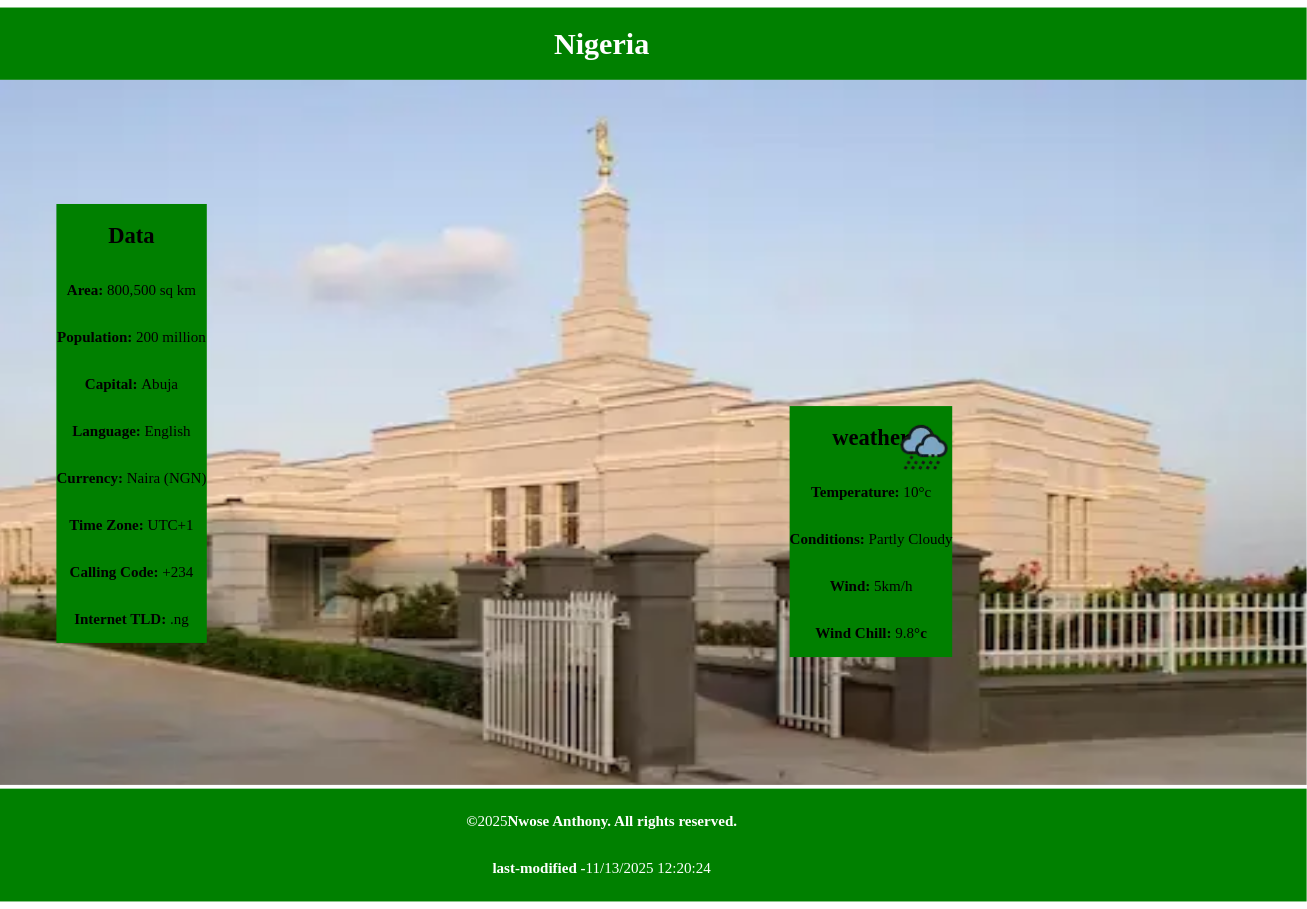
Repository: NoblesNigeria/wdd131
Page: place.html
These files come from the project's save history. The page is drawn as it stood at one moment and after the next save; the edit follows.
The browser window is 1280 px wide. The page is 1390 px wide, so the pictures cover 1390 px, including what lies to the right of the window. The pictures show the whole page, at 94% of full size.

Above is the page before, as saved 2025-11-13 14:25:48.

### place.html
<!DOCTYPE html>
<html lang="en">
<head>
    <meta charset="UTF-8">
    <meta name="viewport" content="width=device-width, initial-scale=1.0">
    <meta name="description" content="This page is showing the weather conditions of the temple area in Nigeria.">
    <meta name="author" content="Nwose Anthony">
    <title>country page</title>
    <link rel="stylesheet" href="styles/place.css">
    <link rel="stylesheet" href="styles/place-large.css" >
    <script src="scripts/place.js" defer></script>
    <link rel="preconnect" href="https://fonts.googleapis.com">
    <link rel="preconnect" href="https://fonts.gstatic.com" crossorigin>
    <link href="https://fonts.googleapis.com/css2?family=Roboto:wght@400;700&display=swap" rel="stylesheet">
</head>
<body>
    <header>
         <h1>Nigeria</h1>
    </header>
    <main>
        <div>
            <picture class="hero">
                <source srcset="images/hero-large.webp" media="min-width: 1000px">
                <source srcset="images/hero-medium.webp" media="min-width: 550px">
                <img src="images/hero-small.webp" alt="Aba Nigeria Temple" width="1500" height="750">
            </picture>
            <figure class="content">
                <h2>weather</h2>
                <img src="images/rain-weather-icon.webp" alt="weather icon" width="50px" height="auto">
                <p>Temperature: <span id="temperature"></span></p>
                <p>Conditions: <span id="conditions"></span></p>
                <p>Wind: <span id="wind-speed"></span></p>
                <p>Wind Chill: <span id="wind-chill"></span>°c</p>
            </figure>
            <figure class="place-info">
                <h2>Data</h2>
                <p>Area: <span>800,500 sq km</span></p>
                <p>Population: <span>200 million</span></p>
                <p>Capital: <span>Abuja</span></p>
                <p>Language: <span>English</span></p>
                <p>Currency: <span>Naira (NGN)</span></p>
                <p>Time Zone: <span>UTC+1</span></p>
                <p>Calling Code: <span>+234</span></p>
                <p>Internet TLD: <span>.ng</span></p>
            </figure>
        </div>
    </main>
    <footer>
        <p>&copy;  <span id="current-year"></span> Nwose Anthony. All rights reserved.</p>
        <p>last-modified - <span id="last-modified"></span></p>
    </footer>
</body>
</html>

### styles/place.css
body{
        display: grid;
        grid-template-columns: 1fr;
        justify-content: center;

    }
    header{
    display: flex;
    justify-content: center;
    padding: var(--padding);
    font-size: 2rem;
    color: white;
    align-items: center;
    background-color: black;
}

.content{
    display: flex;
    flex-direction: column;
    justify-content: center;
    align-items: center;
    background-color: green;
}
.place-info{
    display: flex;
    flex-direction: column;
    justify-content: center;
    align-items: center;
    font-size: var(--font-size);
    background-color: green;
}
.content img::after{
    top: 20px;
    right: 5px;
    position: absolute;
}

footer{
    display: flex;
    justify-content: center;
    padding: var(--padding);
    font-size: 1rem;
    color: white;
    align-items: center;
    background-color: black;
    flex-direction: column;
}
@media only screen and(min-width:40rem){
    body{
        grid-template-columns: 1fr;

    }
}

### styles/place-large.css
:root{
    --font-size: 1rem;
    --padding: 10px;

}

header{
    display: grid;
    grid-template-columns: 1fr;
    background-color: green;
}
header h1{
    display: flex;
    justify-content: center;
    margin: 0;
    padding: var(--padding);
    font-size: 2rem;
    color: white;
    align-items: center;
}

div{
    display: grid;
    grid-template-columns: 1fr 1fr auto;
}
.hero{
    width: 100%;
    height: auto;
}
.content{
    position: absolute;
    bottom: 5px;
    left: 800px;
}
.content img{
    top: 20px;
    right: 5px;
    position: absolute;
}
p{
    font-weight: bold;
}
p span{
    font-weight: normal;
}
.place-info{
    position: absolute;
    bottom: 5px;
    left: 20px;;
    bottom: 20px;
}
footer{
    display: grid;
    grid-template-columns: 1fr;
    background-color: green;
}
footer p{
    display: flex;
    justify-content: center;
    font-size: 1rem;
    color: white;
    align-items: center;
}

### scripts/place.js
// Set current year in footer
document.getElementById('current-year').textContent = new Date().getFullYear();
// Set last modified date in footer
document.getElementById('last-modified').textContent = document.lastModified;

let tem= "10°c";
let cond= "Partly Cloudy";
let windSpd= "5km/h";
let windChill= "9.8°c";
document.getElementById('temperature').textContent = tem;
document.getElementById('conditions').textContent = cond;
document.getElementById('wind-speed').textContent = windSpd;

function calculateWindChill(t, s) {
    let wc = 13.12 + (0.6215 * 10) - (11.37*(5**0.16 )) + (0.3965 * 10 * (5**0.16));
    return wc.toFixed(1);
}
document.getElementById('wind-chill').textContent = calculateWindChill(10, 5);

After the next save:
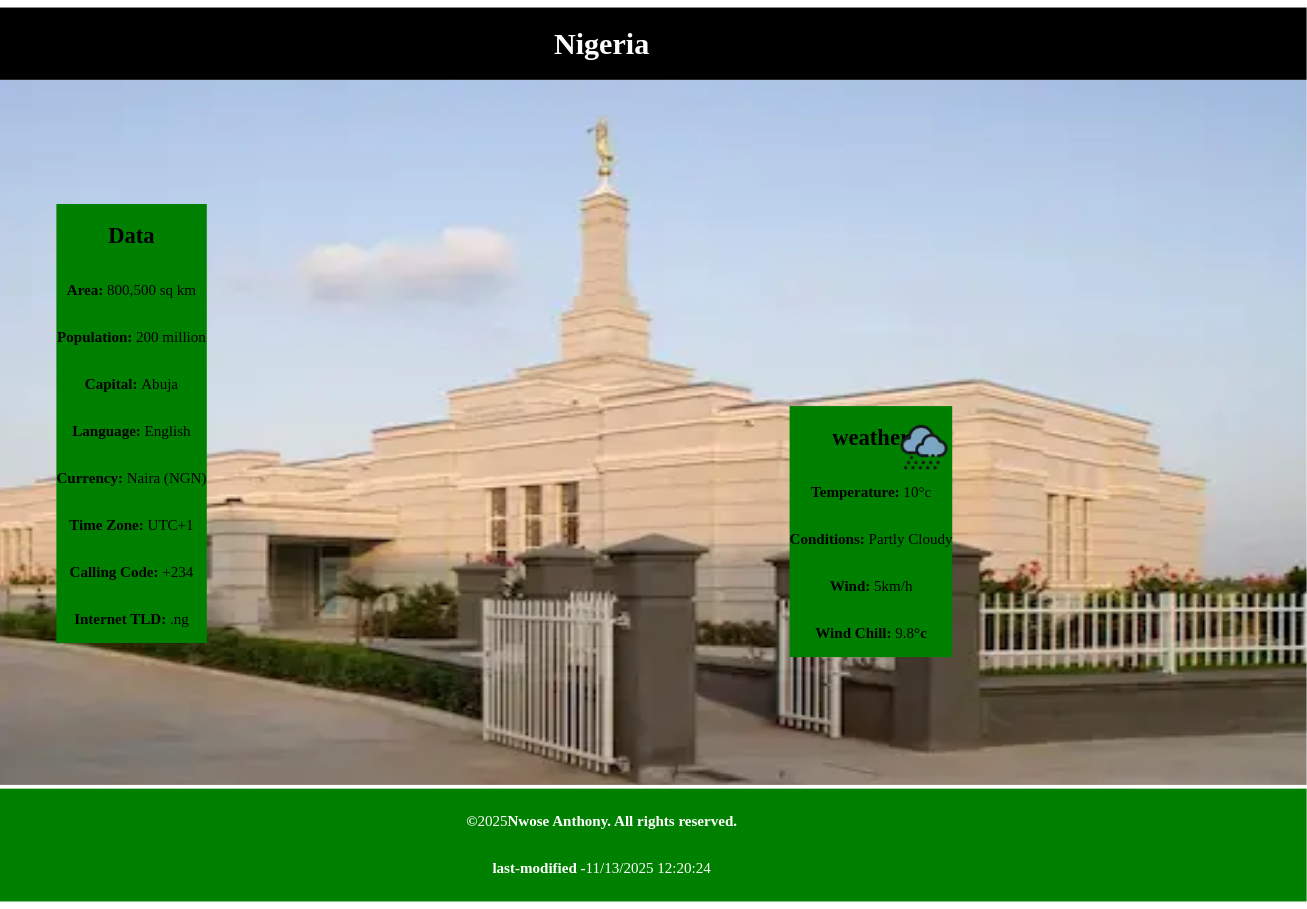
Saved 8 min 59 s later.
--- a/styles/place-large.css
+++ b/styles/place-large.css
@@ -4,11 +4,7 @@
 
 }
 
-header{
-    display: grid;
-    grid-template-columns: 1fr;
-    background-color: green;
-}
+
 header h1{
     display: flex;
     justify-content: center;
